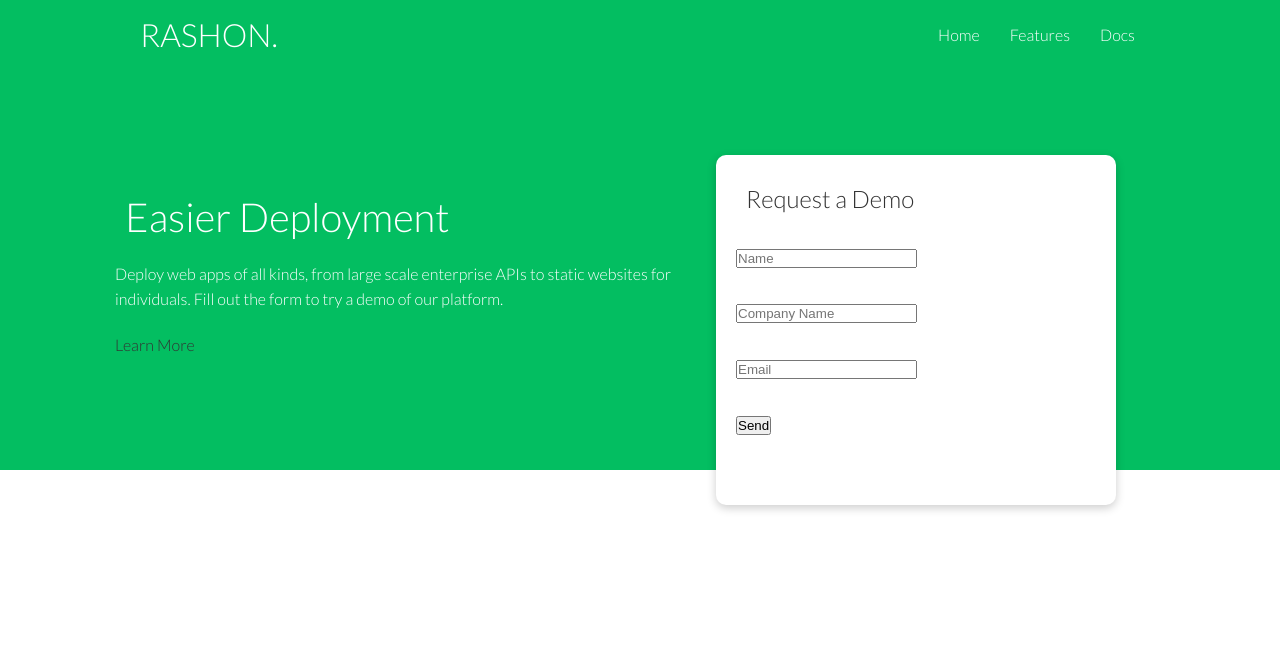
Repository: Skilis/website-modern
Page: index.html
These files come from the project's save history. The page is drawn as it stood at one moment and after the next save; the edit follows.
The browser window is 1280 px wide. The pictures show the whole page.

Above is the page before, as saved 2020-10-23 13:43:47.

After the next save:
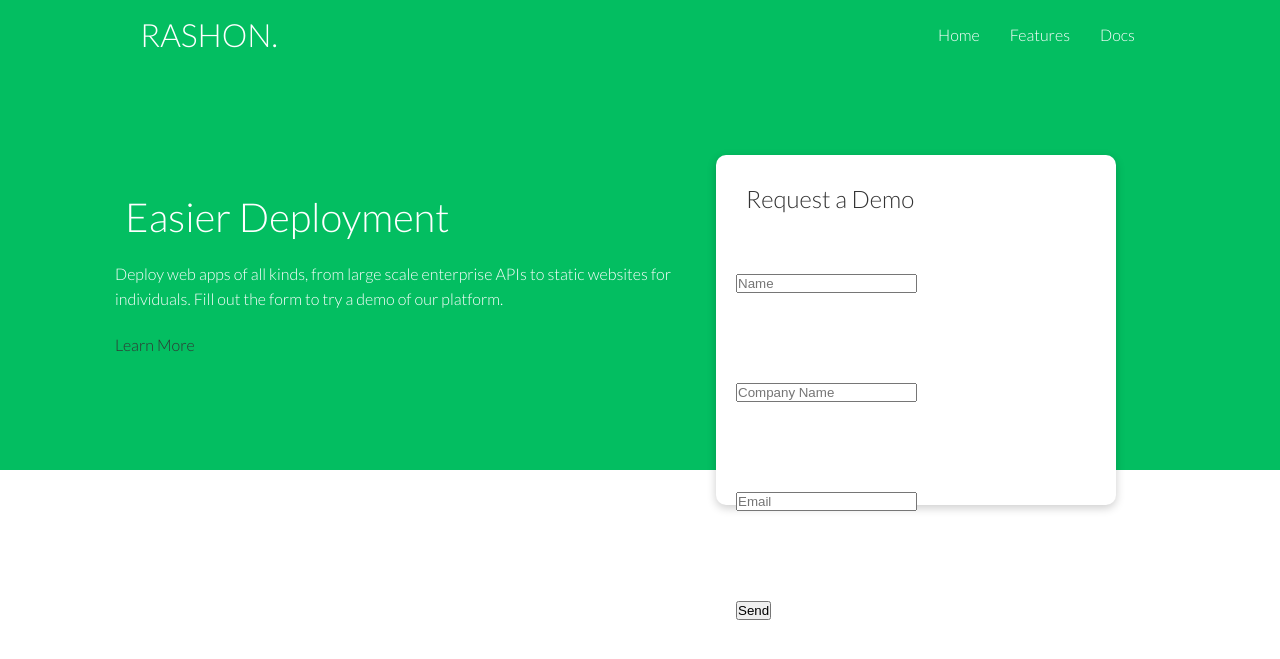
Saved 32 s later.
--- a/css/style.css
+++ b/css/style.css
@@ -102,7 +102,7 @@
   margin: 30px 0;
 }
 
-.showcase-form .form-control {
+.showcase-form input {
   margin: 30px 0;
 }
 
